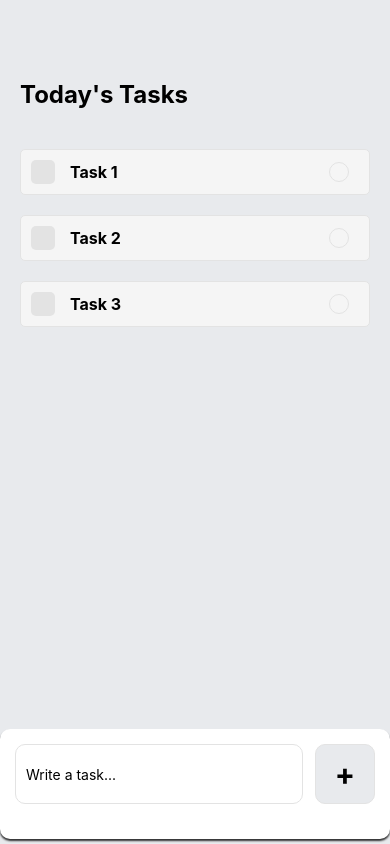
Repository: lomelo-x/ToDo-App
Screen: /
These files come from the project's save history. The screen is drawn as it stood at one moment and after the next save; the edit follows.
The app was drawn by React Native's web renderer in a window 390 px wide. The project was rebuilt for these pictures with package versions that can differ from the ones it lists, and the page was loaded fresh each time.

Above is the screen before, as saved 2022-06-17 21:34:47.

### App.js
import { StatusBar } from 'expo-status-bar';
import { StyleSheet, Text, View, KeyboardAvoidingView, Platform, TextInput, TouchableOpacity } from 'react-native';
import Task from './components/Task';

export default function App() {
	return (
		<View style={styles.container}>
			<View style={styles.todoContainer}>
				<Text style={styles.sectionTitle}>Today's Tasks</Text>
				<View style={styles.itemsContainer}>
					<Task text={'Task 1'} />
					<Task text={'Task 2'}/>
					<Task text={'Task 3'}/>
				</View>
			</View>
			<KeyboardAvoidingView
			behavior={Platform.OS === 'ios' ? 'padding' : "height" }
			style={styles.writeTaskContainer}>
				<TextInput style={styles.writeTaskInput} placeholder="Write a task..." />
				<TouchableOpacity>
					<View style={styles.addTaskButton}>
						<Text style={styles.addTaskButtonText}>+</Text>
					</View>
				</TouchableOpacity>
			</KeyboardAvoidingView>
		</View>
	);
}

const styles = StyleSheet.create({
	container: {
		flex: 1,
		backgroundColor: '#E8EAED',
	},
	todoContainer: {
		paddingTop: 80,
		paddingHorizontal: 20,
	},
	sectionTitle: {
		fontSize: 24,
		fontWeight: 'bold',
		marginBottom: 20,
	},
	itemsContainer: {
		marginTop: 20,
	},
	writeTaskContainer: {
		position: 'absolute',
		bottom: 5,
		width: '100%',
		flexDirection: 'row',
		alignItems: 'center',
		justifyContent: 'space-between',
		paddingHorizontal: 15,
		paddingVertical: 15,
		backgroundColor: '#fff',
		borderRadius: 10,
		shadowColor: '#000',
		shadowOffset: { width: 0, height: 2 },
		shadowOpacity: 0.8,
		shadowRadius: 2,
		elevation: 1,
		marginTop: 20,
	},
writeTaskInput: {
		borderWidth: 1,
		borderColor: '#e3e3e3',
		borderRadius: 10,
		padding: 10,
		marginBottom: 20,
		width: '80%',
		height: 60,
	},
addTaskButton: {
		backgroundColor: '#E8EAED',
		borderRadius: 10,
		borderWidth: 1,
		borderColor: '#e3e3e3',
		marginBottom: 20,
		width: 60,
		height: 60,
		alignItems: 'center',
		justifyContent: 'center',
	},
addTaskButtonText: {
		fontSize: 30,
		textAlign: 'center',
		fontWeight: 'bold',
	},
});

### components/Task.js
import React from 'react';
import { View, Text, StyleSheet, TouchableOpacity } from 'react-native';

const Task = ({ text }) => {
	return (
		<View style={styles.taskContainer}>
			<View style={styles.taskLeft}>
				<TouchableOpacity style={styles.square}></TouchableOpacity>
				<Text style={styles.taskText}>{text}</Text>
			</View>
			<View style={styles.taskRight}></View>
		</View>
	);
};

const styles = StyleSheet.create({
	taskContainer: {
		backgroundColor: '#f5f5f5',
		padding: 10,
		marginBottom: 10,
		borderRadius: 5,
		borderWidth: 1,
		borderColor: '#e3e3e3',
		flexDirection: 'row',
		alignItems: 'center',
		justifyContent: 'space-between',
		marginBottom: 20,
	},
	taskText: {
		fontSize: 16,
		fontWeight: 'bold',
	},
	taskLeft: {
		flexDirection: 'row',
		alignItems: 'center',
		flexWrap: 'wrap',
		maxWidth: '80%',
	},
	taskRight: {
		width: 20,
		height: 20,
		borderRadius: 50,
		borderColor: '#e3e3e3',
		borderWidth: 1,
		marginRight: 10,
	},
	square: {
		width: 24,
		height: 24,
		backgroundColor: '#e3e3e3',
		borderRadius: 5,
		marginRight: 15,
	},
});

export default Task;

After the next save:
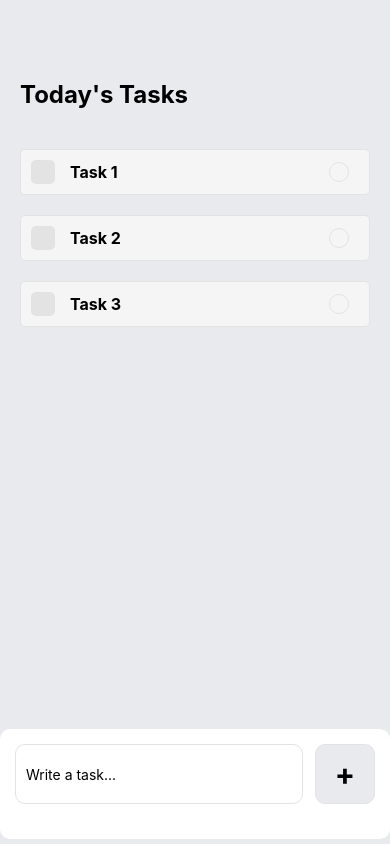
Saved 19 s later.
--- a/App.js
+++ b/App.js
@@ -55,11 +55,6 @@ const styles = StyleSheet.create({
 		paddingVertical: 15,
 		backgroundColor: '#fff',
 		borderRadius: 10,
-		shadowColor: '#000',
-		shadowOffset: { width: 0, height: 2 },
-		shadowOpacity: 0.8,
-		shadowRadius: 2,
-		elevation: 1,
 		marginTop: 20,
 	},
 writeTaskInput: {
